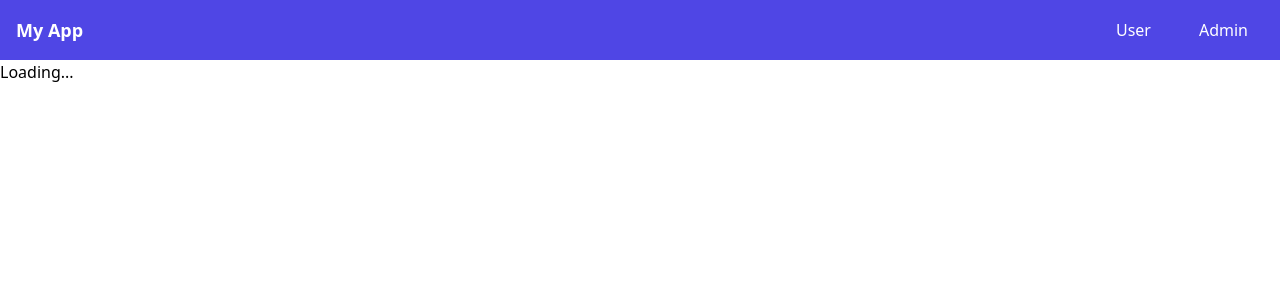
Repository: HackRx50/PS6-3k1P
Page: /analytics (app in frontend/)
An editor plug-in stored every save of this project. The page is shown before and after the next save, followed by the edit.
The browser window is 1280 px wide. The pictures show the whole page.
The page's requests for data from a server got no answer. The project was rebuilt for these pictures with package versions that can differ from the ones it lists, and the page was loaded fresh each time. No one was signed in, and anything a server would have sent is missing. Also part of the build but not shown: frontend/vite.config.js, frontend/src/pages/User.jsx, frontend/src/pages/Admin.jsx, frontend/src/App.jsx, frontend/src/pages/Quiz.jsx.

Above is the page before, as saved 2024-09-19 23:55:15.

After the next save:
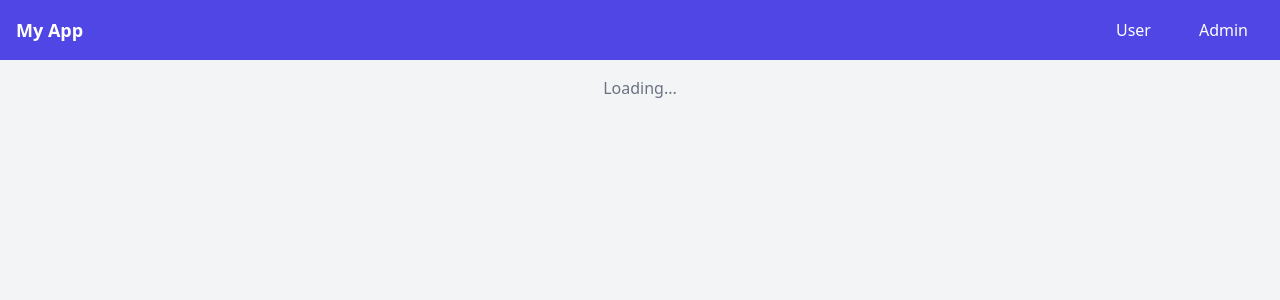
Saved 2 min 23 s later.
--- a/frontend/src/pages/Analytics.jsx
+++ b/frontend/src/pages/Analytics.jsx
@@ -1,5 +1,6 @@
 import React, { useEffect, useState } from 'react'
 import Navbar from '../components/navbar'
+import 'tailwindcss/tailwind.css'; // Ensure Tailwind CSS is imported
 
 const Analytics = () => {
   const [data, setData] = useState(null); // State to store fetched data
@@ -25,27 +26,29 @@ const Analytics = () => {
   };
 
   return (
-    <div>
+    <div className="min-h-screen bg-gray-100">
         <Navbar/>
-        {data ? (
-          <div>
-            {Object.entries(groupByVidName(data)).map(([vidName, items]) => (
-              <div key={vidName} className="card">
-                <h2>{vidName}</h2>
-                {items.map(item => (
-                  <div key={item.id} className="card-item">
-                    <p>Username: {item.username}</p>
-                    <p>Play Time: {item.play_time}</p>
-                    <p>Pause Count: {item.pause_count}</p>
-                    <p>Score: {item.score}</p>
-                  </div>
-                ))}
-              </div>
-            ))}
-          </div>
-        ) : (
-          <p>Loading...</p>
-        )}
+        <div className="container mx-auto p-4">
+          {data ? (
+            <div className="grid grid-cols-1 md:grid-cols-2 lg:grid-cols-3 gap-4">
+              {Object.entries(groupByVidName(data)).map(([vidName, items]) => (
+                <div key={vidName} className="bg-white shadow-md rounded-lg p-4">
+                  <h2 className="text-xl font-bold mb-4">{vidName}</h2>
+                  {items.map(item => (
+                    <div key={item.id} className="border-b border-gray-200 py-2">
+                      <p className="text-gray-700"><span className="font-semibold">Username:</span> {item.username}</p>
+                      <p className="text-gray-700"><span className="font-semibold">Play Time:</span> {item.play_time}</p>
+                      <p className="text-gray-700"><span className="font-semibold">Pause Count:</span> {item.pause_count}</p>
+                      <p className="text-gray-700"><span className="font-semibold">Score:</span> {item.score}</p>
+                    </div>
+                  ))}
+                </div>
+              ))}
+            </div>
+          ) : (
+            <p className="text-center text-gray-500">Loading...</p>
+          )}
+        </div>
     </div>
   )
 }
